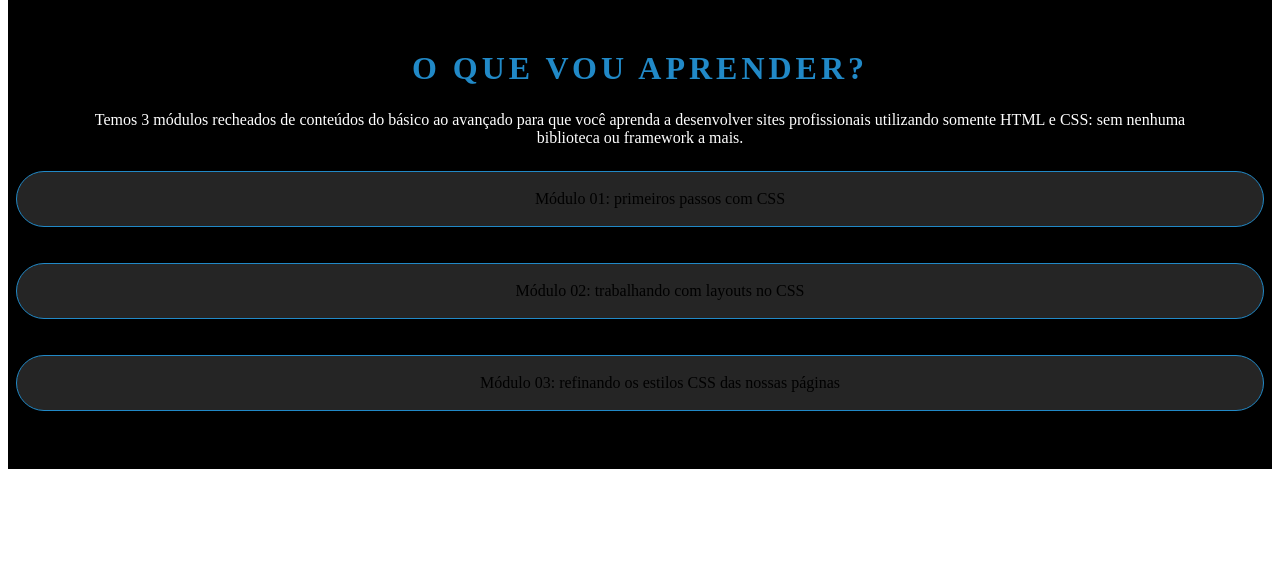
Repository: gustavotwist/trilha-css-desafio-01
Page: index.html
An editor plug-in stored every save of this project. The page is shown before and after the next save, followed by the edit.
The browser window is 1280 px wide. The pictures show the part of the page from y = 559 to 1128 px (the page is 2898 px tall).
Pictures or frames that could not be fetched are drawn as grey boxes. A picture or video elsewhere on the page could not be fetched, so the positions and the page height are approximate.

Above is the page before, as saved 2024-07-16 19:04:35.

### index.html
<!DOCTYPE html>
<html lang="en">
<head>
  <meta charset="UTF-8">
  <meta http-equiv="X-UA-Compatible" content="IE=edge">
  <meta name="viewport" content="width=device-width, initial-scale=1.0">
  <title>Trilha de CSS - DIO</title>
  <link rel="stylesheet" href="global.css">
</head>
<body>
  <header class="banner">
    <div class="banner-content">
      <div class="logo">
        <img src="assets/images/logo.png" title="Logotipo Trilha de CSS DIO" alt="Logotipo Trilha de CSS DIO">
      </div>
      <h1>Trilha de CSS da DIO</h1>
      <p>A nova Trilha de CSS da DIO está disponível. Acesse já e aprenda do zero como desenvolver sites profissionais.</p>
      <button>Quero me inscrever</button>
    </div>
  </header>
  <main>
    <section id="course-content">
      <h2>O que vou aprender?</h2>
      <p>
        Temos 3 módulos recheados de conteúdos do básico ao avançado para que você aprenda a
        desenvolver sites profissionais utilizando somente HTML e CSS: sem nenhuma biblioteca ou framework a mais.
      </p>
      <div class="modules-list">
        <div class="module">
          <span>Módulo 01:</span> primeiros passos com CSS
        </div>
        <div class="module">
          <span>Módulo 02:</span> trabalhando com layouts no CSS
        </div>
        <div class="module">
          <span>Módulo 03:</span> refinando os estilos CSS das nossas páginas
        </div>
      </div>
    </section>
    <section id="transform-world">
      <p>TRANSFORME O MUNDO COM A GENTE</p>
    </section>
    <section id="professional-challenges">
      <h2>Evolua e encare novos desafios profissionais</h2>
      <img src="assets/images/professional-challenges.png" title="Homem lendo depoimentos em um tablet" alt="Homem lendo depoimentos em um tablet">
      <p>
        Junte-se ao nosso ecossistema e transforme o mundo com a gente! Todos os dias dezenas de empresas
        acessam a nossa plataforma em busca dos talentos mais criativos, dinâmicos e colaborativos,
        além do conhecimento técnico.
        A nossa missão é te preparar para que você conecte-se com as melhores oportunidades.
      </p>
    </section>
  </main>
  <footer>
    <img class="dio-logo" src="assets/images/dio-logo.png" title="Logotipo DIO com o texto make the change" alt="Logotipo DIO com o texto make the change">
    <p>Acesse <a href="https://dio.me">dio.me</a> e se cadastre agora</p>
  </footer>
</body>
</html>

### global.css
.banner {
    background:url('/assets/images/banner.png'), no-repeat, linear-gradient(to bottom, #030709, #030709 10%, #0a1b23 50%, #030709 95%);
    color:white;
    background-size: cover;
    height: 500px;
    padding-top: 50px;
    border-bottom: 1px solid #2189c7;
}

h1, h2 {
    color:#2189c7;
    text-transform:uppercase;
    font-size: 2rem;
    font-weight: bold;
    letter-spacing: 4px;
    margin-bottom: 24px;
}

.banner-content {
    text-align:center;
    color: white;
    width: 500px;
    margin: auto;
}

.logo img{
    width:180px;
    radial-gradient(#030709, #061216);
}

button {
   background-color:transparent;
   color:#2189c7;
   border:solid #2189c7;
   padding:1em;
   width:22em;
   text-transform:uppercase;
   word-spacing:2px;
}

#course-content{
    border-top: solid  #2189c7;
    margin-top: -30px;
    padding:50px 58px;
    text-align:center;
    background-color:#000000;
}

section{
    margin: 100px auto;
}

p {
    color: white;
}


.modules-list {
    white-space:pre-wrap;
    margin:-28px -50px;
    padding:-20px -20px;
}

.module {
    background-color:#252525;
    border: solid #2189c7 1px;
    border-radius:50px;
    padding:-500px;
    width:;
}

#transform-world {
    margin-top:40px 20px;
    padding:250px 280px;
    background:url('/assets/images/woman-code.png'), no-repeat;
    object-fit:scale-down;
}

#professional-challenges {
    margin-top: -30px;
    padding:50px 58px;
    text-align:center;
    background-color:#000000;
}

footer {
    border-top: solid  #2189c7;
    margin-top: -10px;
    padding:50px 580px;
    text-align:center;
    background: linear-gradient(to bottom, #030709, #030709 10%, #0a1b23 50%, #030709 95%);
}

After the next save:
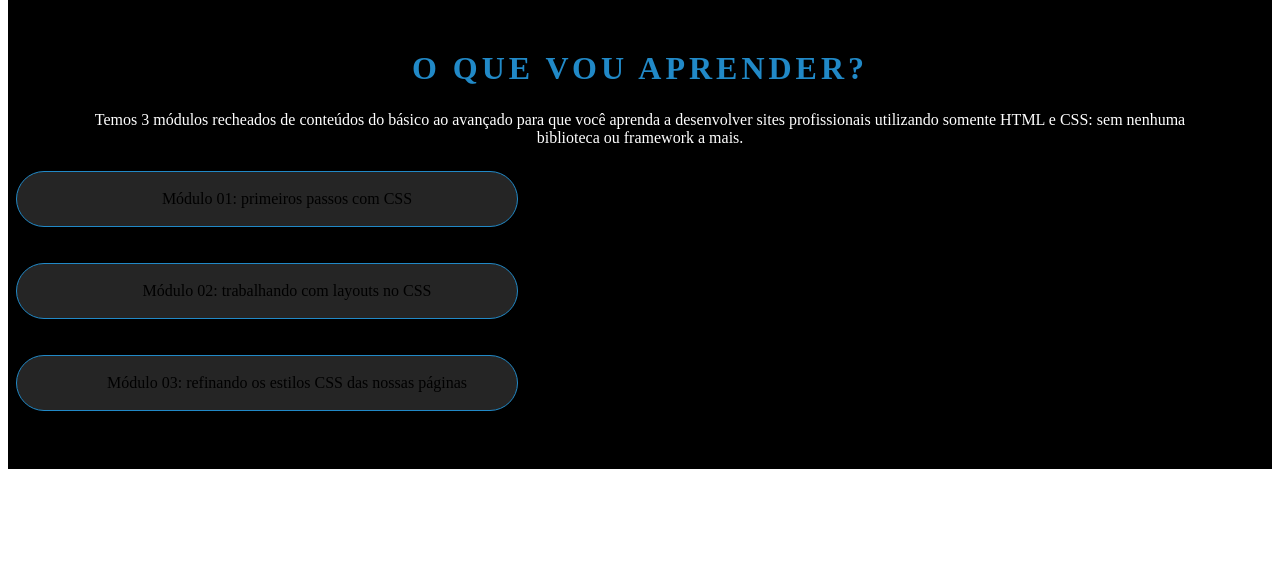
Saved 4 s later.
--- a/global.css
+++ b/global.css
@@ -66,7 +66,7 @@ p {
     border: solid #2189c7 1px;
     border-radius:50px;
     padding:-500px;
-    width:;
+    width:500px;
 }
 
 #transform-world {
